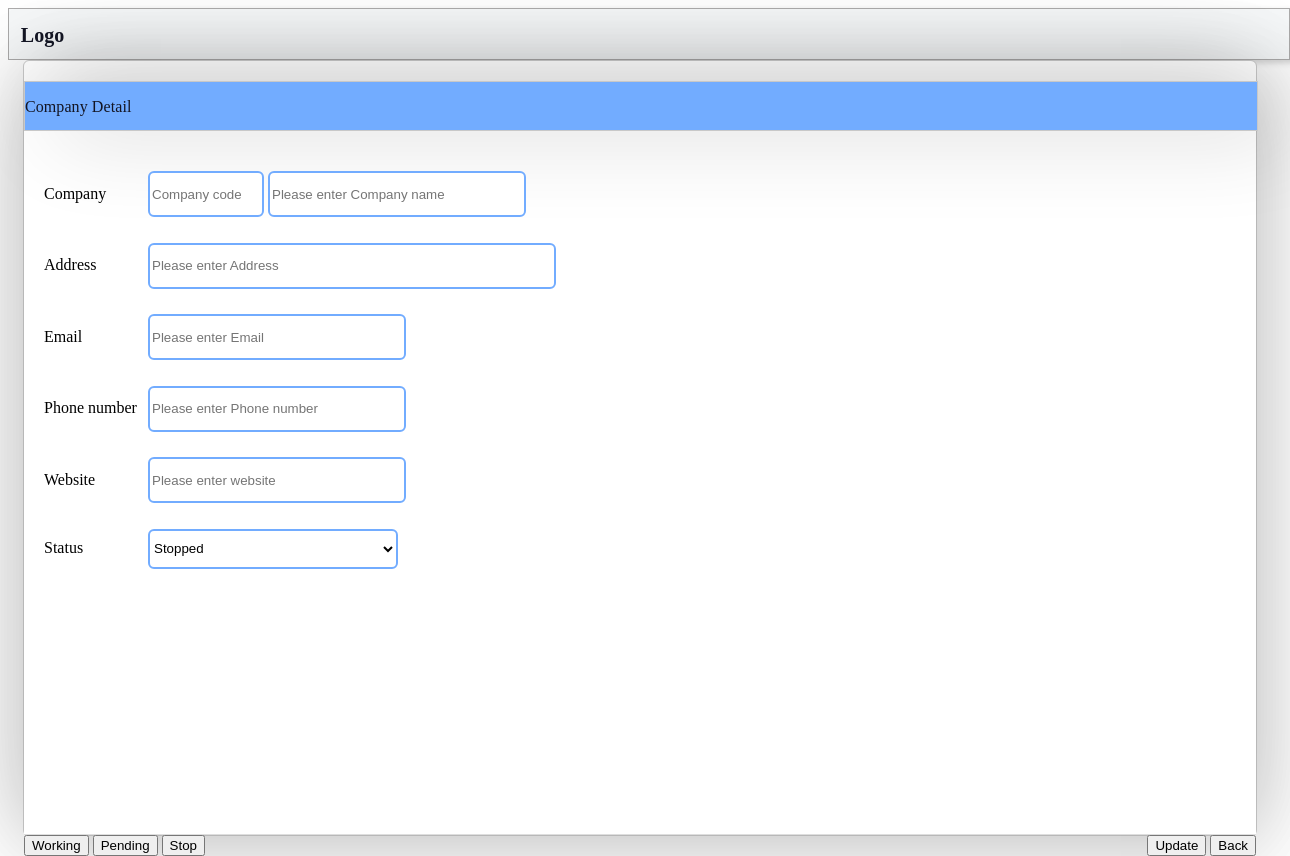
Repository: Zain1409/company
Page: client/html/CompanyDetail.html
These files come from the project's save history. The page is drawn as it stood at one moment and after the next save; the edit follows.
The browser window is 1280 px wide. The page is 1290 px wide, so the pictures cover 1290 px, including what lies to the right of the window. The pictures show the whole page.

Above is the page before, as saved 2021-04-04 21:38:30.

### client/html/CompanyDetail.html
<!DOCTYPE html>
<html lang="en">
<head>
    <meta charset="UTF-8">
    <meta http-equiv="X-UA-Compatible" content="IE=edge">
    <meta name="viewport" content="width=device-width, initial-scale=1.0">
    <link rel="stylesheet" href="./../css/CompanyDetail.css">
    <title>Company Detail</title>
</head>
<body>
    <div class="header">
        <p>Logo</p>
    </div>
    <div class="container">
        <div id="content">
            <div id="head">
                <p>Company Detail</p>
            </div>
            <form id="form">
                <label id="properties">Company</label> <input id="code" type="text" placeholder="Company code" style="width: 108px;"> <input id="name" type="text" placeholder="Please enter Company name">
                <br>
                <br>
                <label id="properties">Address</label> <input id="address" type="text" placeholder="Please enter Address" style="width: 400px;
                height: 40px;">
                <br>
                <br>
                <label id="properties">Email</label> <input id="email" type="text" placeholder="Please enter Email" >
                <br>
                <br>
                <label id="properties">Phone number</label> <input id="phone_number" type="text" placeholder="Please enter Phone number" >
                <br>
                <br>
                <label id="properties">Website</label> <input id="website" type="text" placeholder="Please enter website " >
                <br>
                <br>
                <label id="properties">Status</label> <select name="" id="form_select">
                    <option value="stopped">Stopped</option>
                    <option value="working">Working</option>
                    <option value="pending">Pending</option>
                    </select>
                </select>
            </form>
        </div>
        <div id="footer">
            <div id="button_left">
                <button>Working</button>
                <button>Pending</button>
                <button>Stop</button>
            </div>
            <div id="button_right">
                <button>Update</button>
                <button>Back</button>
            </div>
        </div>
    </div>
</body>
</html>

### client/css/CompanyDetail.css
.header{
    width: 1280px;
    height: 50px;
    background: #F6F8F9 0% 0% no-repeat padding-box;
    box-shadow: 30px 3px 6px #00000029;
    border: 0.5px solid #ACABAB;
    opacity: 1;
    margin: auto;

}
.header p{
    width: 67px;
    height: 39px;
    text-align: left;
    font-weight: bold;
    font-size: 20px;
    color: #131523;
    opacity: 1;
    text-align: center;
    padding-top: 15px;
    margin: 0;
}
.container{
    width: 1232px;
    height: 624px;
    background: #FFFFFF 0% 0% no-repeat padding-box;
    box-shadow: 0px 3px 90px #00000029;
    border: 0.5px solid #C8C8C8;
    border-radius: 6px;
    opacity: 1;
    padding-top: 20px;
    margin: auto;
}
.container{
    margin: auto;
    width: 1232px;
    height: auto;
    padding-top: 20px;
}

#content{
    clear: both;
    width: 1232px;
    height: 753px;
    background: #FFFFFF 0% 0% no-repeat padding-box;
    box-shadow: 0px 3px 90px #00000029;
    opacity: 1;
}
#head{
    width: 1232px;
    height: 48px;
    background: #72ACFF 0% 0% no-repeat padding-box;
    box-shadow: 30px 3px 90px #00000029;
    border: 0.5px solid #C8C8C8;
    opacity: 1;
}
#head p{
    text-align: left;
    font: normal normal medium 20px/30px Poppins;
    letter-spacing: 0.08px;
    color: #131523;
    opacity: 1;
}
#form{
    width: 600px;
    float: left;
    height: 280px;
    margin: 20px;
    padding-top: 20px;

}
#form input{
    width: 250px;
    height: 40px;
    background: #FFFFFF 0% 0% no-repeat padding-box;
    border: 2px solid #72ACFF;
    border-radius: 6px;
    opacity: 1;
}
#form_select{
    clear: both;
    width: 250px;
    height: 40px;
    background: #FFFFFF 0% 0% no-repeat padding-box;
    border: 2px solid #72ACFF;
    border-radius: 6px;
    opacity: 1;
}
#properties{
    width: 100px;
    height: 40px;
    opacity: 1;
    display: inline-block;
}
#footer{
    clear: both;
    float: inherit;
    border-top: 1px solid #DEDEDE;
    background-color: yellow;
}
#button_left{
    float: left;
}
#button_right{
    float: right;
}

After the next save:
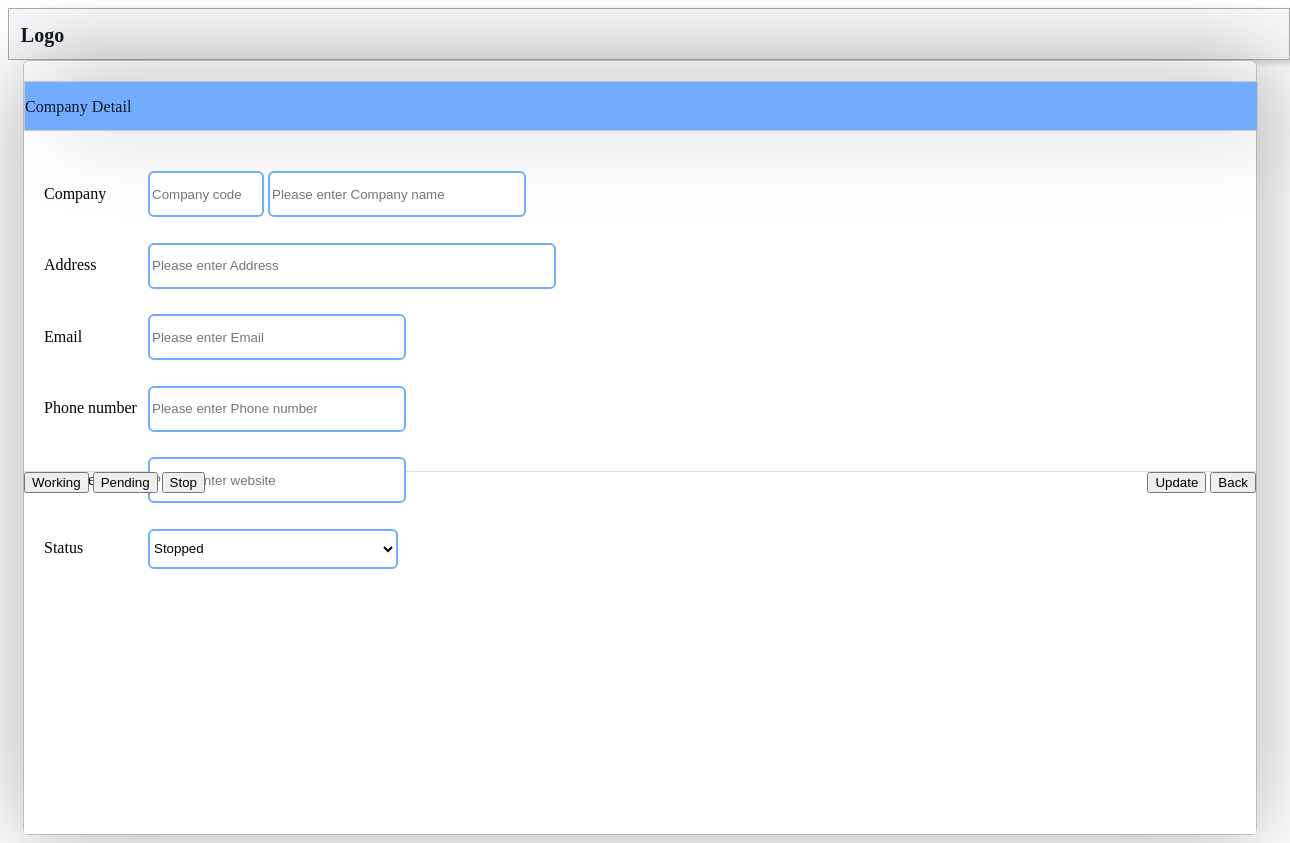
Saved 41 s later.
--- a/client/html/CompanyDetail.html
+++ b/client/html/CompanyDetail.html
@@ -40,8 +40,19 @@
                     </select>
                 </select>
             </form>
+            <div id="footer">
+                <div id="button_left">
+                    <button>Working</button>
+                    <button>Pending</button>
+                    <button>Stop</button>
+                </div>
+                <div id="button_right">
+                    <button>Update</button>
+                    <button>Back</button>
+                </div>
+            </div>
         </div>
-        <div id="footer">
+        <!-- <div id="footer">
             <div id="button_left">
                 <button>Working</button>
                 <button>Pending</button>
@@ -51,7 +62,7 @@
                 <button>Update</button>
                 <button>Back</button>
             </div>
-        </div>
+        </div> -->
     </div>
 </body>
 </html>
